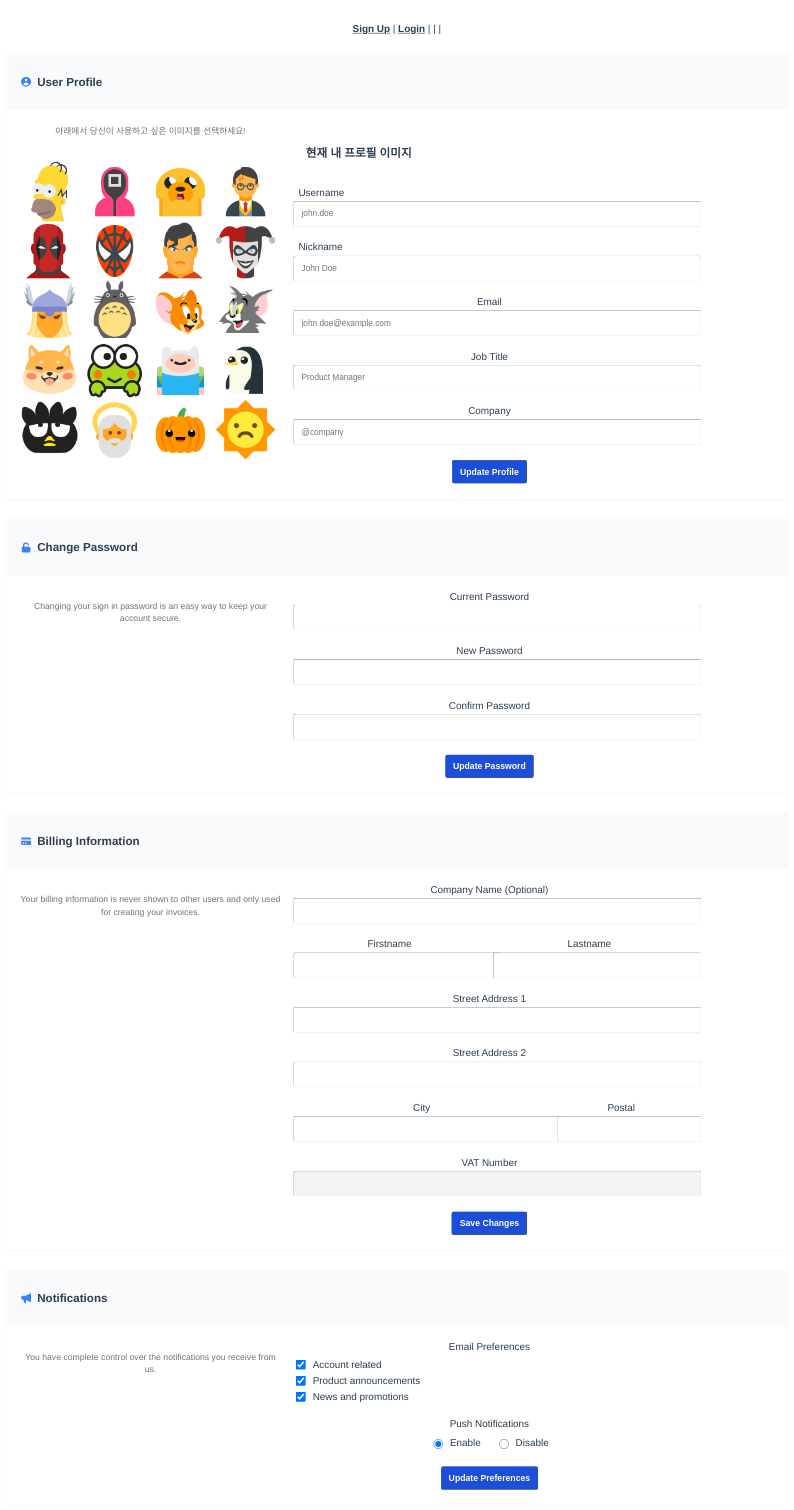
Repository: ryuwc/E_U
Page: /edit (app in final-pjt-front/)
The author's editor kept a copy of each file at every save. The page is drawn from the files as they stood at one save, then again after the next save.
The browser window is 1280 px wide. The pictures show the whole page, at 62% of full size.
The project was rebuilt for these pictures with package versions that can differ from the ones it lists, and the page was loaded fresh each time. Also part of the build but not shown: final-pjt-front/vue.config.js.

Above is the page before, as saved 2022-11-17 19:40:46.

### final-pjt-front/src/App.vue
<template>
  <div id="app">
    <nav>
      <router-link to="/signup">Sign Up</router-link> |
      <router-link v-if="!isLogin" to="/login">Login</router-link> |
      <button v-if="isLogin" @click="logOut">로그아웃</button> |
      <router-link v-if="isLogin" to="/edit">정보수정</router-link> |
    </nav>
    <p v-if="nickname">안녕하세요, {{ nickname }}님</p>
    <router-view/>
  </div>
</template>

<script>
import { mapActions, mapGetters } from 'vuex';


export default {

  name: 'App',

  data() {
    return {
    };
  },
  methods: {
    ...mapActions('accountsStore', ['logOut']),
  },
  computed: {
    ...mapGetters('accountsStore', ['isLogin']),
    ...mapGetters('accountsStore', ['nickname']),
  },
  created() {

  }
};
</script>

<style>
#app {
  font-family: Avenir, Helvetica, Arial, sans-serif;
  -webkit-font-smoothing: antialiased;
  -moz-osx-font-smoothing: grayscale;
  text-align: center;
  color: #2c3e50;
}

nav {
  padding: 30px;
}

nav a {
  font-weight: bold;
  color: #2c3e50;
}

nav a.router-link-exact-active {
  color: #42b983;
}
</style>

### final-pjt-front/src/views/accounts/EditUserView.vue
<script setup></script>

<template>
  <div class="space-y-4 lg:space-y-8">
    <!-- Card: User Profile -->
    <div class="flex flex-col overflow-hidden bg-white rounded shadow-sm">
      <!-- Card Header: User Profile -->
      <div class="w-full px-5 py-4 lg:px-6 bg-gray-50">
        <h3 class="flex items-center space-x-2">
          <svg class="inline-block w-5 h-5 text-blue-500 hi-solid hi-user-circle" fill="currentColor" viewBox="0 0 20 20" xmlns="http://www.w3.org/2000/svg"><path fill-rule="evenodd" d="M18 10a8 8 0 11-16 0 8 8 0 0116 0zm-6-3a2 2 0 11-4 0 2 2 0 014 0zm-2 4a5 5 0 00-4.546 2.916A5.986 5.986 0 0010 16a5.986 5.986 0 004.546-2.084A5 5 0 0010 11z" clip-rule="evenodd"/></svg>
          <span>User Profile</span>
        </h3>
      </div>
      <!-- END Card Header: User Profile -->

      <!-- Card Body: User Profile -->
      <div class="w-full p-5 lg:p-6 grow md:flex md:space-x-5">
        <div class="mb-10 text-sm text-gray-500 md:flex-none md:w-1/3">
          아래에서 당신이 사용하고 싶은 이미지를 선택하세요!
          <div class="flex grid grid-cols-4 mt-10" @click="test">
            <img class="hover:animate-spin" src="data:[embedded picture, 5326 characters]">
            <img class="hover:animate-spin" src="data:[embedded picture, 3074 characters]">
            <img class="hover:animate-spin" src="data:[embedded picture, 4214 characters]">
            <img class="hover:animate-spin" src="data:[embedded picture, 4634 characters]">
            <img class="hover:animate-spin" src="data:[embedded picture, 4558 characters]">
            <img class="hover:animate-spin" src="data:[embedded picture, 7682 characters]">
            <img class="hover:animate-spin" src="data:[embedded picture, 4966 characters]">
            <img class="hover:animate-spin" src="data:[embedded picture, 5986 characters]">
            <img class="hover:animate-spin" src="data:[embedded picture, 7018 characters]">
            <img class="hover:animate-spin" src="data:[embedded picture, 6550 characters]">
            <img class="hover:animate-spin" src="data:[embedded picture, 6178 characters]">
            <img class="hover:animate-spin" src="data:[embedded picture, 7226 characters]">
            <img class="hover:animate-spin" src="data:[embedded picture, 6086 characters]">
            <img class="hover:animate-spin" src="data:[embedded picture, 7426 characters]">
            <img class="hover:animate-spin" src="data:[embedded picture, 3622 characters]">
            <img class="hover:animate-spin" src="data:[embedded picture, 3510 characters]">
            <img class="hover:animate-spin" src="data:[embedded picture, 5486 characters]">
            <img class="hover:animate-spin" src="data:[embedded picture, 4926 characters]">
            <img class="hover:animate-spin" src="data:[embedded picture, 4162 characters]">
            <img class="hover:animate-spin" src="data:[embedded picture, 3450 characters]">
          </div>
        </div>
        <form class="space-y-6 md:w-1/2">
          <div class="flex items-center my-3">
            <img class="w-22 h-22" :src="profile_path">
            <h3 class="ml-5">현재 내 프로필 이미지</h3>
            <!-- <svg class="inline-block w-8 h-8 hi-solid hi-user" fill="currentColor" viewBox="0 0 20 20" xmlns="http://www.w3.org/2000/svg"><path fill-rule="evenodd" d="M10 9a3 3 0 100-6 3 3 0 000 6zm-7 9a7 7 0 1114 0H3z" clip-rule="evenodd"/></svg> -->
          </div>
          <div class="space-y-1">
            <div class="ml-1 text-start">
              <label for="username" class="ml-1 font-medium text-start">Username</label>
            </div>
            <input class="block w-full px-3 py-2 leading-6 border border-gray-200 rounded focus:border-blue-500 focus:ring focus:ring-blue-500 focus:ring-opacity-50" type="text" id="username" name="username" placeholder="john.doe">
          </div>
          <div class="space-y-1">
            <div class="ml-1 text-start">
              <label for="nickname" class="ml-1 font-medium text-start">Nickname</label>
            </div>
            <input class="block w-full px-3 py-2 leading-6 border border-gray-200 rounded focus:border-blue-500 focus:ring focus:ring-blue-500 focus:ring-opacity-50" type="text" id="name" name="name" placeholder="John Doe">
          </div>
          <div class="space-y-1">
            <label for="email" class="font-medium">Email</label>
            <input class="block w-full px-3 py-2 leading-6 border border-gray-200 rounded focus:border-blue-500 focus:ring focus:ring-blue-500 focus:ring-opacity-50" type="email" id="email" name="email" placeholder="john.doe@example.com">
          </div>
          <div class="space-y-1">
            <label for="title" class="font-medium">Job Title</label>
            <input class="block w-full px-3 py-2 leading-6 border border-gray-200 rounded focus:border-blue-500 focus:ring focus:ring-blue-500 focus:ring-opacity-50" type="text" id="title" name="title" placeholder="Product Manager">
          </div>
          <div class="space-y-1">
            <label for="company" class="font-medium">Company</label>
            <input class="block w-full px-3 py-2 leading-6 border border-gray-200 rounded focus:border-blue-500 focus:ring focus:ring-blue-500 focus:ring-opacity-50" type="text" id="company" name="company" placeholder="@company">
          </div>
          <button type="submit" class="inline-flex items-center justify-center px-3 py-2 space-x-2 text-sm font-semibold leading-5 text-white bg-blue-700 border border-blue-700 rounded focus:outline-none hover:text-white hover:bg-blue-800 hover:border-blue-800 focus:ring focus:ring-blue-500 focus:ring-opacity-50 active:bg-blue-700 active:border-blue-700">
            Update Profile
          </button>
        </form>
      </div>
      <!-- END Card Body: User Profile -->
    </div>
    <!-- END Card: User Profile -->

    <!-- Card: Change Password -->
    <div class="flex flex-col overflow-hidden bg-white rounded shadow-sm">
      <!-- Card Header: Change Password -->
      <div class="w-full px-5 py-4 lg:px-6 bg-gray-50">
        <h3 class="flex items-center space-x-2">
          <svg class="inline-block w-5 h-5 text-blue-500 hi-solid hi-lock-open" fill="currentColor" viewBox="0 0 20 20" xmlns="http://www.w3.org/2000/svg"><path d="M10 2a5 5 0 00-5 5v2a2 2 0 00-2 2v5a2 2 0 002 2h10a2 2 0 002-2v-5a2 2 0 00-2-2H7V7a3 3 0 015.905-.75 1 1 0 001.937-.5A5.002 5.002 0 0010 2z"/></svg>
          <span>Change Password</span>
        </h3>
      </div>
      <!-- END Card Header: Change Password -->

      <!-- Card Body: Change Password -->
      <div class="w-full p-5 lg:p-6 grow md:flex md:space-x-5">
        <p class="mb-5 text-sm text-gray-500 md:flex-none md:w-1/3">
          Changing your sign in password is an easy way to keep your account secure.
        </p>
        <form class="space-y-6 md:w-1/2">
          <div class="space-y-1">
            <label for="password" class="font-medium">Current Password</label>
            <input class="block w-full px-3 py-2 leading-6 border border-gray-200 rounded focus:border-blue-500 focus:ring focus:ring-blue-500 focus:ring-opacity-50" type="password" id="password" name="password">
          </div>
          <div class="space-y-1">
            <label for="password_new" class="font-medium">New Password</label>
            <input class="block w-full px-3 py-2 leading-6 border border-gray-200 rounded focus:border-blue-500 focus:ring focus:ring-blue-500 focus:ring-opacity-50" type="password" id="password_new" name="password_new">
          </div>
          <div class="space-y-1">
            <label for="password_new_confirm" class="font-medium">Confirm Password</label>
            <input class="block w-full px-3 py-2 leading-6 border border-gray-200 rounded focus:border-blue-500 focus:ring focus:ring-blue-500 focus:ring-opacity-50" type="password" id="password_new_confirm" name="password_new_confirm">
          </div>
          <button type="submit" class="inline-flex items-center justify-center px-3 py-2 space-x-2 text-sm font-semibold leading-5 text-white bg-blue-700 border border-blue-700 rounded focus:outline-none hover:text-white hover:bg-blue-800 hover:border-blue-800 focus:ring focus:ring-blue-500 focus:ring-opacity-50 active:bg-blue-700 active:border-blue-700">
            Update Password
          </button>
        </form>
      </div>
      <!-- END Card Body: Change Password -->
    </div>
    <!-- END Card: Change Password -->

    <!-- Card: Billing Information -->
    <div class="flex flex-col overflow-hidden bg-white rounded shadow-sm">
      <!-- Card Header: Billing Information -->
      <div class="w-full px-5 py-4 lg:px-6 bg-gray-50">
        <h3 class="flex items-center space-x-2">
          <svg class="inline-block w-5 h-5 text-blue-500 hi-solid hi-credit-card" fill="currentColor" viewBox="0 0 20 20" xmlns="http://www.w3.org/2000/svg"><path d="M4 4a2 2 0 00-2 2v1h16V6a2 2 0 00-2-2H4z"/><path fill-rule="evenodd" d="M18 9H2v5a2 2 0 002 2h12a2 2 0 002-2V9zM4 13a1 1 0 011-1h1a1 1 0 110 2H5a1 1 0 01-1-1zm5-1a1 1 0 100 2h1a1 1 0 100-2H9z" clip-rule="evenodd"/></svg>
          <span>Billing Information</span>
        </h3>
      </div>
      <!-- END Card Header: Billing Information -->

      <!-- Card Body: Billing Information -->
      <div class="w-full p-5 lg:p-6 grow md:flex md:space-x-5">
        <p class="mb-5 text-sm text-gray-500 md:flex-none md:w-1/3">
          Your billing information is never shown to other users and only used for creating your invoices.
        </p>
        <form class="space-y-6 md:w-1/2">
          <div class="space-y-1">
            <label for="billing_company" class="font-medium">Company Name (Optional)</label>
            <input class="block w-full px-3 py-2 leading-6 border border-gray-200 rounded focus:border-blue-500 focus:ring focus:ring-blue-500 focus:ring-opacity-50" type="text" id="billing_company" name="billing_company">
          </div>
          <div class="space-y-6 sm:space-y-0 sm:flex sm:space-x-3">
            <div class="space-y-1 grow">
              <label for="billing_firstname" class="font-medium">Firstname</label>
              <input class="block w-full px-3 py-2 leading-6 border border-gray-200 rounded focus:border-blue-500 focus:ring focus:ring-blue-500 focus:ring-opacity-50" type="text" id="billing_firstname" name="billing_firstname">
            </div>
            <div class="space-y-1 grow">
              <label for="billing_lastname" class="font-medium">Lastname</label>
              <input class="block w-full px-3 py-2 leading-6 border border-gray-200 rounded focus:border-blue-500 focus:ring focus:ring-blue-500 focus:ring-opacity-50" type="text" id="billing_lastname" name="billing_lastname">
            </div>
          </div>
          <div class="space-y-1">
            <label for="billing_address1" class="font-medium">Street Address 1</label>
            <input class="block w-full px-3 py-2 leading-6 border border-gray-200 rounded focus:border-blue-500 focus:ring focus:ring-blue-500 focus:ring-opacity-50" type="text" id="billing_address1" name="billing_address1">
          </div>
          <div class="space-y-1">
            <label for="billing_address2" class="font-medium">Street Address 2</label>
            <input class="block w-full px-3 py-2 leading-6 border border-gray-200 rounded focus:border-blue-500 focus:ring focus:ring-blue-500 focus:ring-opacity-50" type="text" id="billing_address2" name="billing_address2">
          </div>
          <div class="space-y-6 sm:space-y-0 sm:flex sm:space-x-3">
            <div class="space-y-1 sm:w-2/3">
              <label for="billing_city" class="font-medium">City</label>
              <input class="block w-full px-3 py-2 leading-6 border border-gray-200 rounded focus:border-blue-500 focus:ring focus:ring-blue-500 focus:ring-opacity-50" type="text" id="billing_city" name="billing_city">
            </div>
            <div class="space-y-1 sm:w-1/3">
              <label for="billing_postal" class="font-medium">Postal</label>
              <input class="block w-full px-3 py-2 leading-6 border border-gray-200 rounded focus:border-blue-500 focus:ring focus:ring-blue-500 focus:ring-opacity-50" type="text" id="billing_postal" name="billing_postal">
            </div>
          </div>
          <div class="space-y-1">
            <label for="billing_vat" class="font-medium">VAT Number</label>
            <input class="block w-full px-3 py-2 leading-6 bg-gray-100 border border-gray-200 rounded cursor-not-allowed focus:border-blue-500 focus:ring focus:ring-blue-500 focus:ring-opacity-50" type="text" id="billing_vat" name="billing_vat" disabled>
          </div>
          <button type="submit" class="inline-flex items-center justify-center px-3 py-2 space-x-2 text-sm font-semibold leading-5 text-white bg-blue-700 border border-blue-700 rounded focus:outline-none hover:text-white hover:bg-blue-800 hover:border-blue-800 focus:ring focus:ring-blue-500 focus:ring-opacity-50 active:bg-blue-700 active:border-blue-700">
            Save Changes
          </button>
        </form>
      </div>
      <!-- END Card Body: Billing Information -->
    </div>
    <!-- END Card: Billing Information -->

    <!-- Card: Notifications -->
    <div class="flex flex-col overflow-hidden bg-white rounded shadow-sm">
      <!-- Card Header: Notifications -->
      <div class="w-full px-5 py-4 lg:px-6 bg-gray-50">
        <h3 class="flex items-center space-x-2">
          <svg class="inline-block w-5 h-5 text-blue-500 hi-solid hi-speakerphone" fill="currentColor" viewBox="0 0 20 20" xmlns="http://www.w3.org/2000/svg"><path fill-rule="evenodd" d="M18 3a1 1 0 00-1.447-.894L8.763 6H5a3 3 0 000 6h.28l1.771 5.316A1 1 0 008 18h1a1 1 0 001-1v-4.382l6.553 3.276A1 1 0 0018 15V3z" clip-rule="evenodd"/></svg>
          <span>Notifications</span>
        </h3>
      </div>
      <!-- END Card Header: Notifications -->

      <!-- Card Body: Notifications -->
      <div class="w-full p-5 lg:p-6 grow md:flex md:space-x-5">
        <p class="mb-5 text-sm text-gray-500 md:flex-none md:w-1/3">
          You have complete control over the notifications you receive from us.
        </p>
        <form class="space-y-6 md:w-1/2">
          <div class="space-y-2">
            <div class="font-medium">Email Preferences</div>
            <div class="space-y-1">
              <label class="flex items-center">
                <input type="checkbox" class="w-4 h-4 text-blue-500 border border-gray-200 rounded focus:border-blue-500 focus:ring focus:ring-blue-500 focus:ring-opacity-50" id="email1" name="email1" checked>
                <span class="ml-2">Account related</span>
              </label>
              <label class="flex items-center">
                <input type="checkbox" class="w-4 h-4 text-blue-500 border border-gray-200 rounded focus:border-blue-500 focus:ring focus:ring-blue-500 focus:ring-opacity-50" id="email2" name="email2" checked>
                <span class="ml-2">Product announcements</span>
              </label>
              <label class="flex items-center">
                <input type="checkbox" class="w-4 h-4 text-blue-500 border border-gray-200 rounded focus:border-blue-500 focus:ring focus:ring-blue-500 focus:ring-opacity-50" id="email3" name="email3" checked>
                <span class="ml-2">News and promotions</span>
              </label>
            </div>
          </div>
          <div class="space-y-2">
            <div class="font-medium">Push Notifications</div>
            <div class="space-y-1">
              <label class="inline-flex items-center">
                <input type="radio" class="w-4 h-4 text-blue-500 border border-gray-200 focus:border-blue-500 focus:ring focus:ring-blue-500 focus:ring-opacity-50" name="push" id="push1" checked>
                <span class="ml-2">Enable</span>
              </label>
              <label class="inline-flex items-center ml-6">
                <input type="radio" class="w-4 h-4 text-blue-500 border border-gray-200 focus:border-blue-500 focus:ring focus:ring-blue-500 focus:ring-opacity-50" name="push" id="push2">
                <span class="ml-2">Disable</span>
              </label>
            </div>
          </div>
          <button type="submit" class="inline-flex items-center justify-center px-3 py-2 space-x-2 text-sm font-semibold leading-5 text-white bg-blue-700 border border-blue-700 rounded focus:outline-none hover:text-white hover:bg-blue-800 hover:border-blue-800 focus:ring focus:ring-blue-500 focus:ring-opacity-50 active:bg-blue-700 active:border-blue-700">
            Update Preferences
          </button>
        </form>
      </div>
      <!-- END Card Body: Notifications -->
    </div>
    <!-- END Card: Notifications -->
  </div>
</template>


  <!-- <div>
    <h4>회원정보수정</h4>
    <form>
      <div>
        <label for="nickname">닉네임</label>
        <input type="text" id="nickname" v-model="nickname">
      </div>
      <div>
        <label for="profile_path">프로필 이미지</label>
        <input type="text" id="profile_path" v-model="profile_path">
      </div>
      <div>
        <button type="button" @click="editUserInfo({ nickname: nickname, profile_path: profile_path })">수정</button>
      </div>
      <div>
        <label for="old_password">현재 비밀번호</label>
        <input type="password" id="old_password" v-model="old_password">
      </div>
      <div>
        <label for="new_password">새 비밀번호</label>
        <input type="password" id="new_password1" v-model="new_password1">
      </div>
      <div>
        <label for="new_password_check">새 비밀번호 확인</label>
        <input type="password" id="new_password2" v-model="new_password2">
      </div>
      <div>
        <button type="button" @click="editPassword({ old_password: old_password, new_password1: new_password1, new_password2: new_password2 })">비밀번호 변경</button>
      </div>
    </form>

    < 프로필 이미지 모음
    <div>
      <img src="data:[embedded picture, 5326 characters]">
      <img src="data:[embedded picture, 3074 characters]">
      <img src="data:[embedded picture, 4214 characters]">
      <img src="data:[embedded picture, 4634 characters]">
      <img src="data:[embedded picture, 4558 characters]">
      <img src="data:[embedded picture, 7682 characters]">
      <img src="data:[embedded picture, 4966 characters]">
      <img src="data:[embedded picture, 5986 characters]">
      <img src="data:[embedded picture, 7018 characters]">
      <img src="data:[embedded picture, 6550 characters]">
      <img src="data:[embedded picture, 6178 characters]">
      <img src="data:[embedded picture, 7226 characters]">
      <img src="data:[embedded picture, 6086 characters]">
      <img src="data:[embedded picture, 7426 characters]">
      <img src="data:[embedded picture, 3622 characters]">
      <img src="data:[embedded picture, 3510 characters]">
      <img src="data:[embedded picture, 5486 characters]">
      <img src="data:[embedded picture, 4926 characters]">

      <img src="data:[embedded picture, 3218 characters]">
    </div>
  </div> -->

<script>
import { mapActions, mapGetters } from 'vuex';

const accountsStore = 'accountsStore'

export default {
  name: 'EditUserView',
  data() {
    return {
        nickname: '',
        profile_path: '',
        old_password: '',
        new_password1: '',
        new_password2: '',
    };
  },
  methods: {
    ...mapActions(accountsStore, ['editUserInfo']),
    ...mapActions(accountsStore, ['editPassword']),
    test(event) {
      console.log(event.target.getAttribute('src'));
      this.profile_path = event.target.getAttribute('src');

    },
  },
  computed: {
    ...mapGetters(accountsStore, ['user']),
    // eslint-disable-next-line vue/return-in-computed-property

  },
  created() {
    this.nickname = this.user.nickname;
    this.profile_path = this.user.profile_path;
  }
};
</script>

<style scoped>

</style>

### final-pjt-front/tailwind.config.js
/** @type {import('tailwindcss').Config} */
module.exports = {
  corePlugins: {
    preflight: false,
  },
  content: ['./public/**/*.html', './src/**/*.{vue,js,ts,jsx,tsx}'],
  theme: {
    extend: {},
  },
  plugins: [],
}

Loaded but not shown: final-pjt-front/public/index.html (common file); final-pjt-front/src/assets/tailwind.css (common file); final-pjt-front/src/store/modules/accountsStore.js (105 lines, source omitted); final-pjt-front/src/store/modules/moviesStore.js (54 lines, source omitted); final-pjt-front/src/router/index.js (35 lines, source omitted); final-pjt-front/src/store/index.js (24 lines, source omitted); final-pjt-front/src/main.js (17 lines, source omitted)

After the next save:
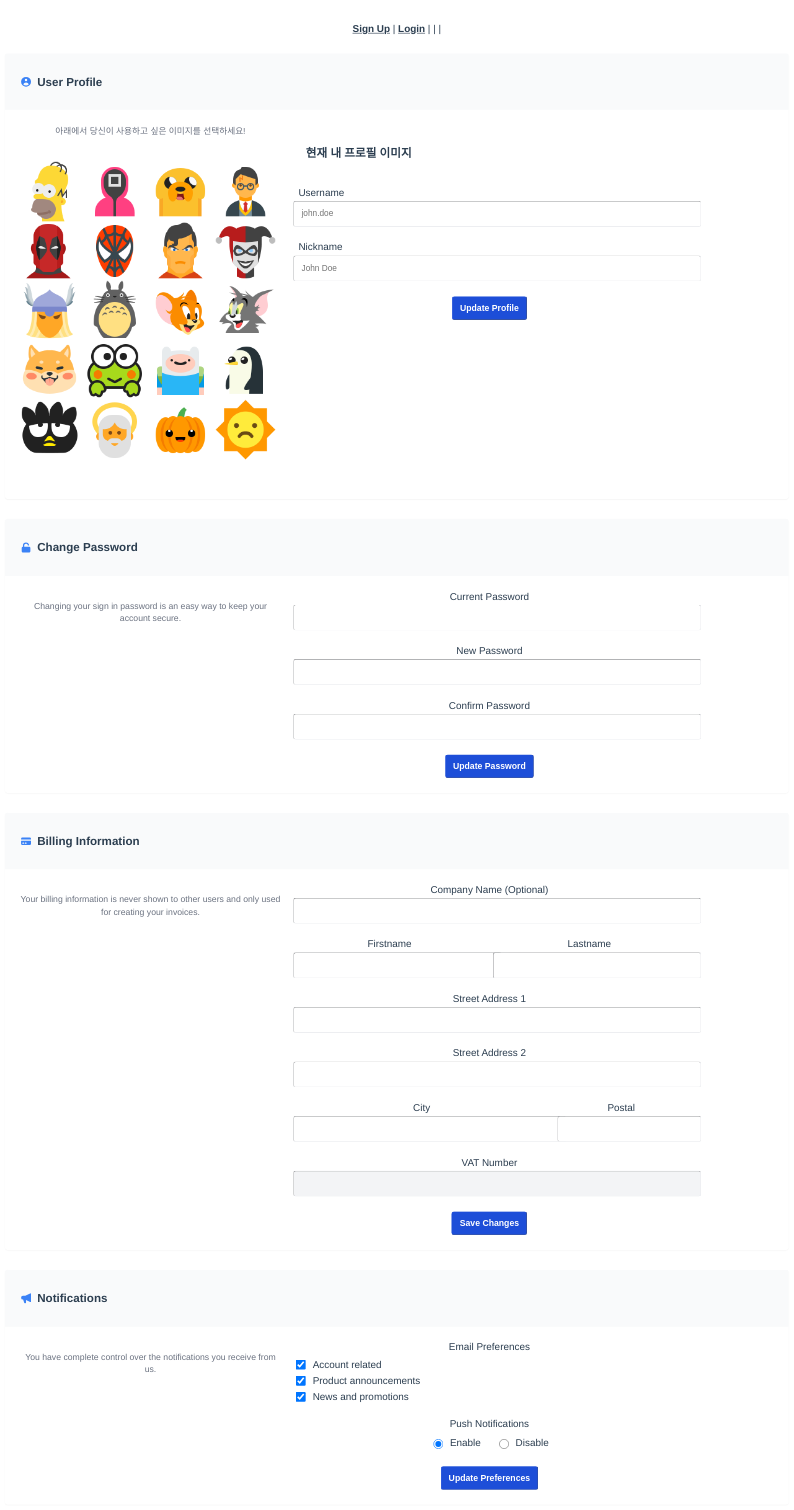
Saved 18 s later.
--- a/final-pjt-front/src/views/accounts/EditUserView.vue
+++ b/final-pjt-front/src/views/accounts/EditUserView.vue
@@ -58,18 +58,6 @@
             </div>
             <input class="block w-full px-3 py-2 leading-6 border border-gray-200 rounded focus:border-blue-500 focus:ring focus:ring-blue-500 focus:ring-opacity-50" type="text" id="name" name="name" placeholder="John Doe">
           </div>
-          <div class="space-y-1">
-            <label for="email" class="font-medium">Email</label>
-            <input class="block w-full px-3 py-2 leading-6 border border-gray-200 rounded focus:border-blue-500 focus:ring focus:ring-blue-500 focus:ring-opacity-50" type="email" id="email" name="email" placeholder="john.doe@example.com">
-          </div>
-          <div class="space-y-1">
-            <label for="title" class="font-medium">Job Title</label>
-            <input class="block w-full px-3 py-2 leading-6 border border-gray-200 rounded focus:border-blue-500 focus:ring focus:ring-blue-500 focus:ring-opacity-50" type="text" id="title" name="title" placeholder="Product Manager">
-          </div>
-          <div class="space-y-1">
-            <label for="company" class="font-medium">Company</label>
-            <input class="block w-full px-3 py-2 leading-6 border border-gray-200 rounded focus:border-blue-500 focus:ring focus:ring-blue-500 focus:ring-opacity-50" type="text" id="company" name="company" placeholder="@company">
-          </div>
           <button type="submit" class="inline-flex items-center justify-center px-3 py-2 space-x-2 text-sm font-semibold leading-5 text-white bg-blue-700 border border-blue-700 rounded focus:outline-none hover:text-white hover:bg-blue-800 hover:border-blue-800 focus:ring focus:ring-blue-500 focus:ring-opacity-50 active:bg-blue-700 active:border-blue-700">
             Update Profile
           </button>
